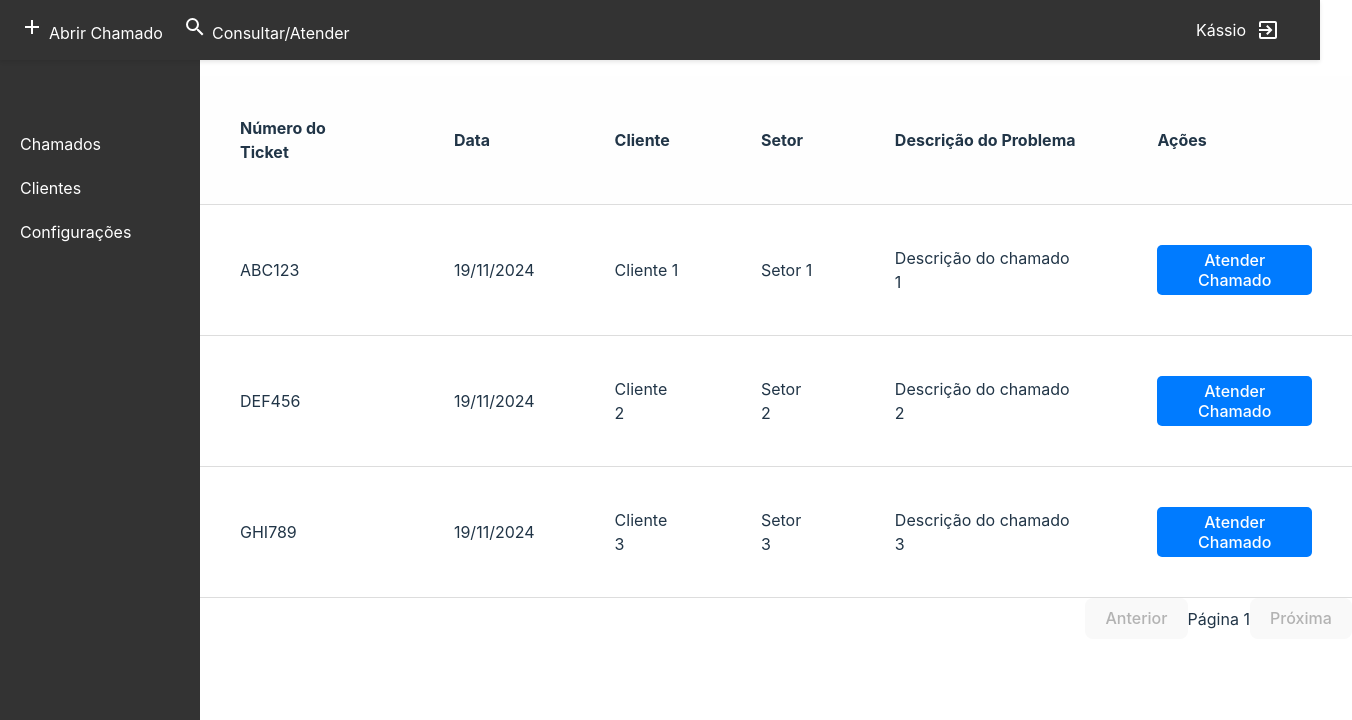
Repository: zkassimz/helpdesk
Page: /, after clicking the first element matching `li`
The author's editor kept a copy of each file at every save. The page is drawn from the files as they stood at one save, then again after a run of saves.
The browser window is 1280 px wide. The page is 1352 px wide, so the pictures cover 1352 px, including what lies to the right of the window. The pictures show the whole page.
The project was rebuilt for these pictures with package versions that can differ from the ones it lists, and the page was loaded fresh each time. Also part of the build but not shown: vite.config.js, src/components/Clientes.jsx, src/components/Configuracoes.jsx.

Above is the page before, as saved 2024-04-01 13:14:50.

After the next 4 saves:
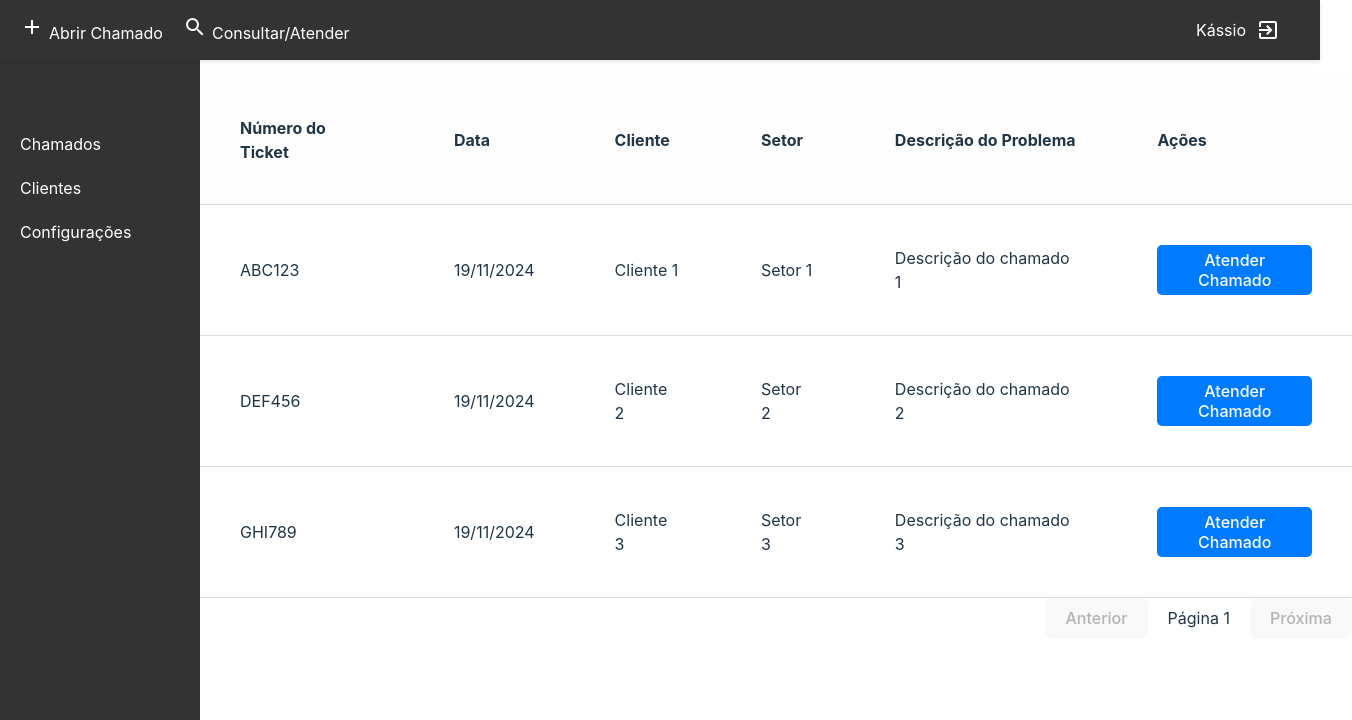
The 4 saves are shown as one change because they came seconds apart.
The last was saved 10 s later.
--- a/src/components/css/Chamados.css
+++ b/src/components/css/Chamados.css
@@ -22,6 +22,10 @@
 }
 
 
+.namePage{
+  padding: 20px;
+}
+
 .chamados-table td button {
   padding: 5px 10px;
   background-color: #007bff;
